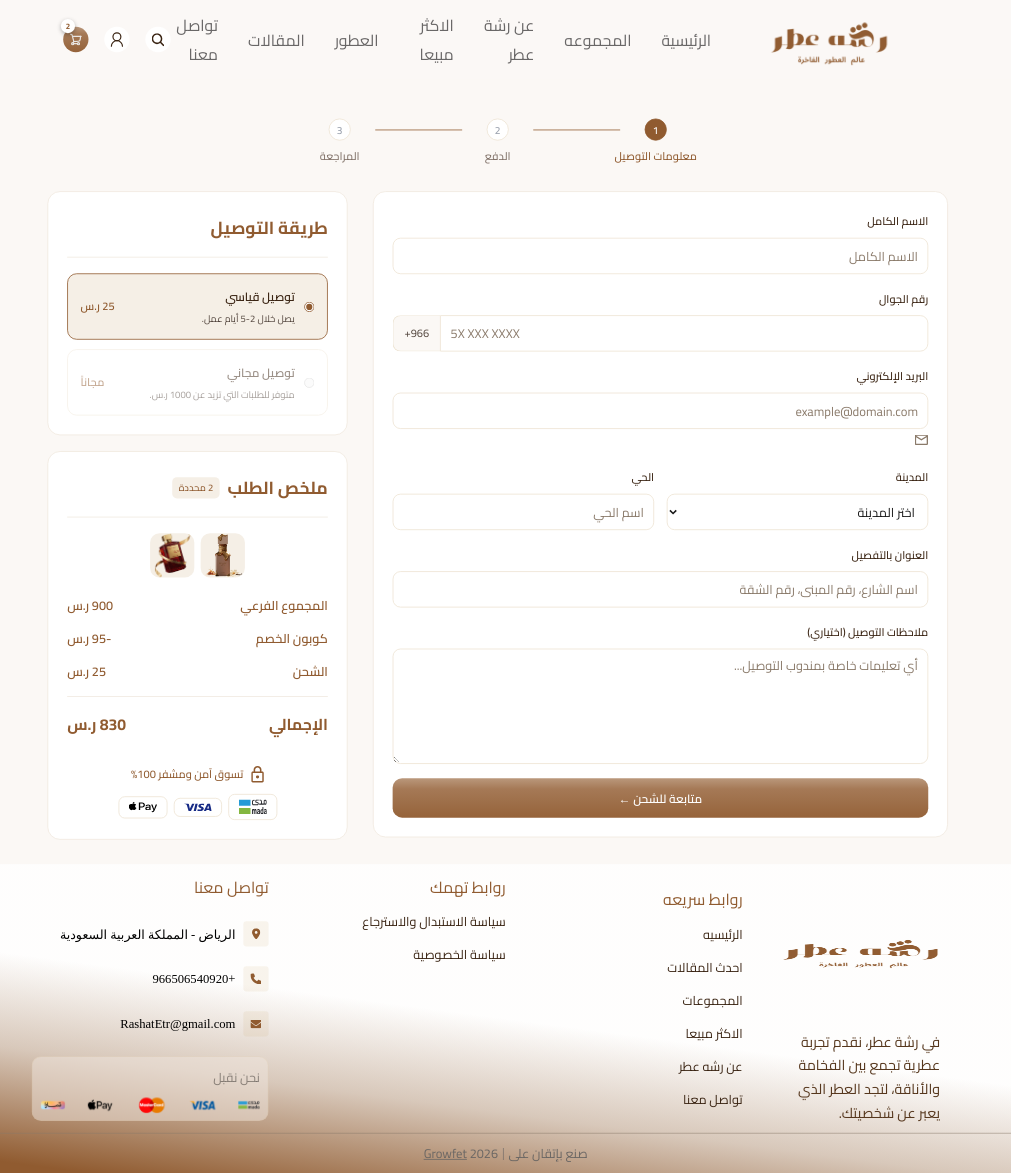
Repository: mahmoudesh74/rashet-3tr
Page: /Checkout
These files come from the project's save history. The page is drawn as it stood at one moment and after the next save; the edit follows.
The browser window is 1280 px wide. The pictures show the whole page, at 79% of full size.
Some web fonts or font styles are not loaded; a fallback is used. The project was rebuilt for these pictures with package versions that can differ from the ones it lists, and the page was loaded fresh each time. Also part of the build but not shown: vite.config.js, src/App.css, src/components/HeaderSection/Header.css, src/components/HeaderSection/Header.jsx, src/components/GroupSection/GroupSection.css, src/components/GroupSection/GroupSection.jsx, src/components/AboutSection/AboutSection.css, src/components/AboutSection/AboutSection.jsx and 37 more. Imported but missing from the stored project, and not drawn on this page: src/assets/vedio.mp4.

Above is the page before, as saved 2026-09-29 03:18:38.

### index.html
<!doctype html>
<html lang="ar" dir="rtl">
  <head>
    <meta charset="UTF-8" />
    <link rel="icon" type="image/svg+xml" href="/favicon.svg" />
    <meta name="viewport" content="width=device-width, initial-scale=1.0" />
    <title>rashet-3tr</title>
    <link rel="preconnect" href="https://fonts.googleapis.com">
<link rel="preconnect" href="https://fonts.gstatic.com" crossorigin>
<link href="https://fonts.googleapis.com/css2?family=Be+Vietnam+Pro:ital,wght@0,100;0,200;0,300;0,400;0,500;0,600;0,700;0,800;0,900;1,100;1,200;1,300;1,400;1,500;1,600;1,700;1,800;1,900&family=Cairo:wght@200..1000&family=IBM+Plex+Sans:ital,wght@0,100..700;1,100..700&family=Kameron:wght@400..700&family=Noto+Rashi+Hebrew:wght@100..900&family=Plus+Jakarta+Sans:ital,wght@0,200..800;1,200..800&family=Roboto:ital,wght@0,100..900;1,100..900&family=Tajawal:wght@200;300;400;500;700;800;900&display=swap" rel="stylesheet">
    <link rel="preconnect" href="https://fonts.googleapis.com">
<link rel="preconnect" href="https://fonts.gstatic.com" crossorigin>
<link href="https://fonts.googleapis.com/css2?family=Be+Vietnam+Pro:ital,wght@0,100;0,200;0,300;0,400;0,500;0,600;0,700;0,800;0,900;1,100;1,200;1,300;1,400;1,500;1,600;1,700;1,800;1,900&family=Cairo:wght@200..1000&family=IBM+Plex+Sans:ital,wght@0,100..700;1,100..700&family=Kameron:wght@400..700&family=Noto+Rashi+Hebrew:wght@100..900&family=Plus+Jakarta+Sans:ital,wght@0,200..800;1,200..800&display=swap" rel="stylesheet">
    <link rel="preconnect" href="https://fonts.googleapis.com">
<link rel="preconnect" href="https://fonts.gstatic.com" crossorigin>
<link href="https://fonts.googleapis.com/css2?family=Be+Vietnam+Pro:ital,wght@0,100;0,200;0,300;0,400;0,500;0,600;0,700;0,800;0,900;1,100;1,200;1,300;1,400;1,500;1,600;1,700;1,800;1,900&family=Cairo:wght@200..1000&family=IBM+Plex+Sans:ital,wght@0,100..700;1,100..700&family=Kameron:wght@400..700&display=swap" rel="stylesheet">
 <link rel="preconnect" href="https://fonts.googleapis.com">
<link rel="preconnect" href="https://fonts.gstatic.com" crossorigin>
<link href="https://fonts.googleapis.com/css2?family=Be+Vietnam+Pro:ital,wght@0,100;0,200;0,300;0,400;0,500;0,600;0,700;0,800;0,900;1,100;1,200;1,300;1,400;1,500;1,600;1,700;1,800;1,900&family=Cairo:wght@200..1000&family=IBM+Plex+Sans:ital,wght@0,100..700;1,100..700&family=Kameron:wght@400..700&family=Plus+Jakarta+Sans:ital,wght@0,200..800;1,200..800&display=swap" rel="stylesheet">
</head>
  <body>
    <div id="root"></div>
    <script type="module" src="/src/main.jsx"></script>
  </body>
</html>

### src/main.jsx
import React from "react";
import ReactDOM from "react-dom/client";
import { BrowserRouter } from "react-router-dom";
import App from "./App.jsx";
import "./styles/variables.css";
ReactDOM.createRoot(document.getElementById("root")).render(
  <React.StrictMode>
    <BrowserRouter>
      <App />
    </BrowserRouter>
  </React.StrictMode>
);

### src/App.jsx
import "./App.css";
import HomePage from "./pages/HomePage/homePag";
import NavBar from "./components/NavBar/NavBar";
import Footer from "./components/Footer/Footer";
import { Routes, Route } from "react-router-dom";
import GroupPage from "./pages/GroupPage/GroupPage";
import GroupCatalog from "./pages/groupCatalog/groupCatalog";
import AboutRashetEtr from "./pages/AboutRashetEtr/AboutRashetEtr";
import PrivacyPolicyPage from "./pages/PrivacyPolicy/privacyPolicy"
import PolicyReplace from "./pages/PolicyReplace/PolicyReplace"
import ContactUs from "./pages/ContactUs/ContactUs"
import PerfumePage from "./pages/perfumePage/perfumePage"
import ProductDetailsPage from "./pages/PerfumeDetails/PerfumeDetails"
import ShoppingBasket from "./pages/ShoppingBasket/ShoppingBasket"
import Checkout from "./pages/CheckoutPage/Checkout"
function App() {
  return (
    <>
      <NavBar />

      <Routes>
        <Route path="/" element={<HomePage />} />
        <Route path="/GroupPage" element={<GroupPage />} />
        <Route path="/GroupCatalog/:id" element={<GroupCatalog />} />
        <Route path="/AboutRashetEtr" element={<AboutRashetEtr />} />
        <Route path="/PrivacyPolicyPage" element={<PrivacyPolicyPage />} />
        <Route path="/PolicyReplace" element={<PolicyReplace />} />
        <Route path="/ContactUs" element={<ContactUs />} />
        <Route path="/PerfumePage" element={<PerfumePage />} />
        <Route path="/PerfumeDetails" element={<ProductDetailsPage />} />
        <Route path="/ShoppingBasket" element={<ShoppingBasket />} />
        <Route path="/Checkout" element={<Checkout />} />







      </Routes>

      <Footer />
    </>
  );
}

export default App;

### src/pages/HomePage/homePage.css
*{
  padding: 0;
  margin: 0;
}
.HomePageHader {
  position: relative;
  width: 100%;
  height: 750px;

}

.HeaderBgVideo {
  position: absolute;
  top: 50%;
  left: 50%;
  min-width: 100%;
  min-height: 100%;
  width: auto;
  height: auto;
  transform: translate(-50%, -50%);
  object-fit: cover;
  z-index: -1;
}

.HeaderContent {
  position: relative;
  z-index: 1;
}

### src/components/NavBar/NavBar.module.css
.navbar {
  width: 100%;
  background-color:  #FBF8F5E5;
  height: 100px;

  position: absolute;
  top: 0;
  right: 0;
  left: 0;
  z-index: 100;
}

.container {
  height: 100px;
  display: flex;
  align-items: center;
  justify-content: space-evenly;
  padding-top: 16px;
  padding-bottom: 16px;
  padding-left: 80px;
  padding-right: 80px;
}
.logoImage {
  width: auto;
  height: 300px;
  object-fit: contain;
  scale: crop;
}

.links {
  align-items: center;
  gap: 38px;
  list-style: none;
  margin: 0;
  padding: 0;
}

@media (min-width: 768px) {
  .links {
    display: flex;
  }
}

.link {
  font-size: 20px;
  color: #696767;
  text-decoration: none;
  padding-bottom: 4px;
  font-family: "cairo";
  font-weight: 400;
}



.icons {
  display: flex;
  align-items: center;
  gap: 20px;
  flex-shrink: 0;
}
.search {
  display: flex;
  align-items: center;
  width: 32px;
  height: 32px;
  border-radius: 50%;
  background-color: #FFFFFF;
  justify-content: center;
  cursor: pointer;
}
.profile {
  cursor: pointer;
  display: flex;
  align-items: center;
  width: 32px;
  height: 32px;
  border-radius: 50%;
  background-color: #FFFFFF;
  justify-content: center;
}

.cart {
  position: relative;
  cursor: pointer;
  display: flex;
  align-items: center;
  justify-content: center;
  width: 32px;
  height: 32px;
  border-radius: 50%;
  background: linear-gradient(
    180deg,
    #ba987c 0%,
    #a57956 27.68%,
    #905B30 125.82%
  );
}

.cartCount {
  position: absolute;
  top: -10px;
  left: -3px;
  width: 18px;
  height: 18px;
  display: flex;
  align-items: center;
  justify-content: center;
  border-radius: 50%;
  background: #fff;
  color: #905B30;
  font-size: 10px;
  font-weight: 700;
  font-family: "cairo";
  box-shadow: 0 2px 6px #0000004d;
}
.link {
  position: relative;
  text-decoration: none;
}

.link::after {
  content: "";
  position: absolute;
  bottom: -8px;
  left: 0;
  width: 0;
  height: 3px;
  background-color: #905B30;
  transition: width 0.3s ease;
}

.link:hover::after {
  width: 100%;
}



@media (max-width: 1024px) {
  .navbar,
  .container {
    height: 90px;
  }
  .logoImage {
    height: 220px;
  }
  .links {
    gap: 22px;
  }
  .link {
    font-size: 16px;
  }
}

@media (max-width: 767px) {
  .navbar,
  .container {
    height: 70px;
  }
  .logoImage {
    height: 160px;
  }
  .icons {
    gap: 14px;
  }
  .search,
  .profile,
  .cart {
    width: 28px;
    height: 28px;
  }
}

@media (max-width: 480px) {
  .navbar,
  .container {
    height: 60px;
  }
  .logoImage {
    height: 120px;
  }
}

### src/components/Footer/Footer.css
.Footer {
  width: 100%;
  height: auto;
  background: linear-gradient(7.52deg, #905B30 2.66%, rgba(178, 147, 120, 0.5) 28.7%, rgba(212, 203, 192, 0) 50%),
    linear-gradient(0deg, rgba(251, 248, 245, 0.2), rgba(251, 248, 245, 0.2));
}
.row {
  width: 100%;
  display: flex;
  padding: 10px 40px 10px 40px;
}
.LogoContainer {
  display: flex;
  width: 25%;
  flex-direction: column;
  align-items: center;
  justify-content: center;
}
.LogoContainer img {
  width: 400px;
  height: 200px;
}
.LogoContainer p {
  max-width: 200px;
  font-family: "Cairo";
  font-size: 18px;
  font-weight: 400;
  color: #56371D;
  line-height: 30px;
}
.LinksContainer {
  width: 25%;
  gap: 10px;
  display: flex;
  flex-direction: column;

  justify-content: center;
}
.LinksContainer h3 {
  font-size: 20px;
  font-weight: 400;
  font-family: "Cairo";
  color: #905B30;
}
.LinksContainer a {
  font-size: 16px;
  font-weight: 400;
  color: #3A2413;
  font-family: "Cairo";
  text-decoration: none;
}
.ownLinks {
  width: 25%;
  gap: 10px;
  display: flex;
  flex-direction: column;

}
.ownLinks h3 {
  font-size: 20px;
  font-weight: 400;
  font-family: "Cairo";
  color: #905B30;
}
.ownLinks a {
  font-size: 16px;
  font-weight: 400;
  color: #3A2413;
  font-family: "Cairo";
  text-decoration: none;
}
.contactWithUs {
  width: 25%;
  gap: 25px;
  display: flex;
  flex-direction: column;

}
.contactWithUs h3 {
  font-size: 20px;
  font-weight: 400;
  font-family: "Cairo";
  color: #905B30;
}
.location {
  display: flex;
  align-items: center;
  gap: 10px;
}
.locationIcon {
  display: flex;
  align-items: center;
  justify-content: center;
  width: 32px;
  height: 32px;
  background-color: #C5A0591A;
  border-radius: 4px;
}
.phoneIcon {
  display: flex;
  align-items: center;
  justify-content: center;
  width: 32px;
  height: 32px;
  background-color: #C5A0591A;
  border-radius: 4px;
}


.linkItem {
  display: flex;
  flex-direction: column;
  align-items: flex-start;
  width: fit-content;
}

.FooterLine {
  height: 2px;
  width: 20px;
  background-color: #905B30;
  border-radius: 8px;


  opacity: 0;
  transform: scaleX(0);
  transform-origin: right;
  transition: opacity 0.2s ease, transform 0.2s ease;
}

.linkItem:hover .FooterLine {
  opacity: 1;
  transform: scaleX(1);
}
.makeby{
    align-items: center;
    justify-content: center;
    display: flex;
    border-top: 1px solid #8A7A6A80;

   padding: 10px 0 10px 0;
    gap: 5px;
    color: #6B6764;

}
.makeby p{
    font-size: 16px ;
    font-weight: 400;
    font-family: "Cairo";
    color: #6B6764;
}
.payed{
    height:82px;
    width: 100%;
    background-color: #EFE6DD80;
    border: 1px solid #C5A0591A;
    border-radius: 12px;

}
.payed p{
  margin: 0;
  padding: 10px;
    font-family: "Cairo";
    font-size: 16px;
    font-weight: 400;
    color: #2D292680;
}
.payrow {
    display: flex;
    justify-content: space-between;
    gap: 20px;
    padding: 0 10px 0 10px;
}

### src/pages/CheckoutPage/Checkout.css
.checkout-page {
  margin-top: 100px;
  padding: 50px 80px 31px 60px;
  direction: rtl;
  font-family: "Cairo";
  color: #1a1a1a;
  background-color: #FBF8F5;
}

/* ---------- Steps ---------- */
.checkout-steps {
  display: flex;
  justify-content: center;
  margin-bottom: 32px;
}

.checkout-step-wrap {
  display: flex;
  align-items: flex-start;
}

.checkout-step {
  display: flex;
  flex-direction: column;
  align-items: center;
  gap: 6px;
  width: 90px;
}

.checkout-step-dot {
  width: 28px;
  height: 28px;
  border-radius: 50%;
  border: 1px solid #ede4d3;
  background: #ffffff;
  display: flex;
  align-items: center;
  justify-content: center;
  font-size: 13px;
  font-weight: 600;
  color: #9ca3af;
}

.checkout-step-label {
  font-size: 14px;
  font-weight: 500;
  font-family: "Cairo";
  color: #83746B;

}

.checkout-step.is-active .checkout-step-dot {
  background: #905B30;
  border-color: #905B30;
  color: #ffffff;


}

.checkout-step.is-active .checkout-step-label {
  color: #905B30;
  white-space: nowrap;
  font-size: 14px;
  font-weight: 500;
  font-family: "Cairo";

}

.checkout-step-line {
  width: 110px;
  height: 1px;
  margin-top: 14px;
  background: #905B30;
}

/* ---------- Layout ---------- */
.checkout-page-layout {
  display: grid;
  grid-template-columns: 1fr 380px;
  gap: 32px;
  align-items: start;
}

.checkout-side {
  display: flex;
  flex-direction: column;
  gap: 20px;
  position: sticky;
  top: 140px;
}

/* ---------- Form ---------- */
.checkout-form {
  background: #ffffff;
  border: 1px solid #f0e9df;
  border-radius: 16px;
  padding: 24px;
  display: flex;
  flex-direction: column;
  gap: 18px;
}

.checkout-field {
  display: flex;
  flex-direction: column;
  gap: 8px;
  min-width: 0;
}

.checkout-field label {
  font-size: 14px;
  font-weight: 500;
  font-family: "Cairo";
  color: #3A2413;
}

.checkout-field input,
.checkout-field select,
.checkout-field textarea {
  width: 100%;
  height: 46px;
  border-radius: 10px;
  border: 1px solid #ede4d3;
  padding: 0 12px;
  font-family: "Cairo";
  font-size: 16px;
  font-weight: 400;
  color: #1a1a1a;
  background: #ffffff;
  outline: none;

}
.checkout-field input::placeholder,
.checkout-field textarea::placeholder {
  color: #8A7A6A;
  font-family: "Cairo";
  font-size: 16px;
  font-weight: 400;
line-height: 100%;
  opacity: 1;
}

.checkout-field textarea {
  height: auto;
  padding: 12px;
  resize: vertical;
}

.checkout-field input:focus,
.checkout-field select:focus,
.checkout-field textarea:focus {
  border-color: #905B30;
}

.checkout-input-ltr {
  direction: ltr;
  text-align: right;
}

.checkout-row {
  display: grid;
  grid-template-columns: 1fr 1fr;
  gap: 16px;
}

.checkout-phone {
  display: flex;
  direction: ltr;
}

.checkout-phone input {
  border-radius: 0 10px 10px 0;
  text-align: left;
}

.checkout-phone-code {
  order: -1;
  display: flex;
  align-items: center;
  padding: 0 14px;
  border: 1px solid #ede4d3;
  border-right: none;
  border-radius: 10px 0 0 10px;
  background: #FBF8F5;
  font-size: 14px;
  color: #51443C;
}

.checkout-error {
  margin: 0;
  font-size: 12px;
  color: #d9534f;
}

.checkout-submit-btn {
  width: 100%;
  height: 50px;
  border-radius: 12px;
  border: none;
  background: linear-gradient(180deg, #BA987C 0%, #A57956 27.68%, #905B30 125.82%);
  color: #ffffff;
  font-family: "Cairo";
  font-size: 15px;
  font-weight: 600;
  cursor: pointer;
}

.checkout-submit-btn:hover {
  background: #7c4d27;
}

/* ---------- Side boxes ---------- */
.checkout-box {
  background: #ffffff;
  border: 1px solid #f0e9df;
  border-radius: 16px;
  padding: 24px;
}

.checkout-box-title {
  display: flex;
  align-items: center;
  gap: 10px;
  margin: 0 0 20px;
  padding-bottom: 16px;
  border-bottom: 1px solid #f0e9df;
  font-size: 22px;
  font-family: "Cairo";
  font-weight: 700;
  color: #905B30;
}

.checkout-count {
  font-size: 12px;
  font-weight: 500;
  padding: 2px 8px;
  border-radius: 6px;
  background: #f5efe6;
  color: #905B30;
}

/* ---------- Delivery options ---------- */
.checkout-delivery {
  display: flex;
  align-items: center;
  gap: 12px;
  padding: 14px 16px;
  margin-bottom: 12px;
  border: 1px solid #ede4d3;
  border-radius: 12px;
  cursor: pointer;
}

.checkout-delivery:last-child {
  margin-bottom: 0;
}

.checkout-delivery input {
  accent-color: #905B30;
  margin: 0;
}

.checkout-delivery.is-selected {
  background: #f5efe6;
  border-color: #905B30;
}

.checkout-delivery.is-disabled {
  opacity: 0.5;
  cursor: not-allowed;
}

.checkout-delivery-info {
  flex: 1;
  display: flex;
  flex-direction: column;
  gap: 2px;
}

.checkout-delivery-info strong {
  font-size: 15px;
  font-weight: 600;
  color: #3A2413;
}

.checkout-delivery-info span {
  font-size: 12px;
  color: #51443C;
}

.checkout-delivery em {
  font-style: normal;
  font-size: 14px;
  font-weight: 600;
  color: #905B30;
}

/* ---------- Order summary ---------- */
.checkout-thumbs {
  display: flex;
  justify-content: center;
  gap: 8px;
  margin-bottom: 20px;
}

.checkout-thumb {
  width: 56px;
  height: 56px;
  border-radius: 12px;
  overflow: hidden;
  background: #f5efe6;
}

.checkout-thumb img {
  width: 100%;
  height: 100%;
  object-fit: cover;
}

.checkout-summary-rows {
  display: flex;
  flex-direction: column;
  gap: 12px;
  margin-bottom: 16px;
}

.checkout-summary-row {
  display: flex;
  align-items: center;
  justify-content: space-between;
}

.checkout-summary-label,
.checkout-summary-value {
  font-family: "Cairo";
  font-size: 16px;
  font-weight: 600;
  color: #905B30;
}

.checkout-summary-total {
  display: flex;
  align-items: center;
  justify-content: space-between;
  padding: 16px 0;
  margin-bottom: 16px;
  border-top: 1px solid #f0e9df;
}

.checkout-summary-total-label,
.checkout-summary-total-value {
  font-size: 20px;
  font-weight: 700;
  font-family: "Cairo";
  color: #905B30;
}

.checkout-secure-text {
  display: flex;
  justify-content: center;
  gap: 10px;
  margin: 0 0 12px;
  font-size: 14px;
  font-weight: 500;
  color: #905B30;
}

.checkout-payment-badges {
  display: flex;
  align-items: center;
  justify-content: center;
  gap: 8px;
}

.checkout-payment-badge {
  display: flex;
  align-items: center;
  justify-content: center;
  padding: 6px 12px;
  border-radius: 8px;
  border: 1px solid #ede4d3;
}

/* ---------- Responsive ---------- */
@media (max-width: 1024px) {
  .checkout-page {
    padding: 0 24px 60px;
  }
  .checkout-page-layout {
    grid-template-columns: 1fr;
  }
  .checkout-side {
    position: static;
    order: -1;
  }
}

@media (max-width: 600px) {
  .checkout-row {
    grid-template-columns: 1fr;
  }
  .checkout-step {
    width: 70px;
  }
  .checkout-step-line {
    width: 30px;
  }
}

### src/pages/LoginPage/LoginPage.css
* {
  box-sizing: border-box;
}

.login-card {
  position: relative;
  background: #FFFFFF;
  width: 100%;
  border-radius: 20px;
  padding: 48px 44px;
}

.login-close {
  position: absolute;
  top: 16px;
  left: 16px;
  width: 32px;
  height: 32px;
  border-radius: 50%;
  border: none;
  background: #f3ede1;
  color: #6b6258;
  font-size: 20px;
  line-height: 1;
  cursor: pointer;
  display: flex;
  align-items: center;
  justify-content: center;
  transition: background 0.15s ease;
}

.login-close:hover {
  background: #e4dccb;
}

.login-title {
  font-size: 24px;
  font-weight: 700;
  font-family: "Cairo";
  color: #3a2413;
  text-align: center;
  margin: 0;
}

.login-subtitle {
  text-align: center;
  color: #717182;
  font-size: 16px;
  font-weight: 400;
  font-family: "SF Pro";
  margin-top: 8px;
  margin-bottom: 32px;
}

.google-btn {
  width: 100%;
  display: flex;
  align-items: center;
  justify-content: center;
  gap: 10px;
  padding: 14px;
  border: 2px solid #1a71f6;
  border-radius: 12px;
  background: #FFFFFF;
  color: #1a71f6;
  font-family: "Plus Jakarta Sans";
  font-size: 14px;
  font-weight: 700;
  cursor: pointer;
  transition: background 0.15s ease;
}

.divider {
  display: flex;
  align-items: center;
  gap: 14px;
  margin: 28px 0;
  color: #323130;
  font-size: 12px;
  font-weight: 700;
  font-family: "Plus Jakarta Sans";
}

.divider-line {
  flex: 1;
  height: 0.5px;
  background: #1a71f6;
}

.field {
  margin-bottom: 20px;
}

.field-label {
  display: block;
  font-size: 14px;
  font-weight: 700;
  color: #323130;
  font-family: "Plus Jakarta Sans";
  margin-bottom: 8px;
}

.text-input {
  width: 100%;
  padding: 14px 16px;
  border: 1.6px solid #d1d1d1;
  border-radius: 16px;
  font-family: "Plus Jakarta Sans";
  font-size: 14px;
  font-weight: 400;
  color: #333333;
  background: #FFFFFF;
  outline: none;
  transition: border-color 0.15s ease;
}

.text-input:focus {
  border-color: #a8642f;
}

.text-input::placeholder {
  color: #737373;
  font-family: "Plus Jakarta Sans";
  font-weight: 400;
  font-size: 14px;
}

.password-wrap {
  position: relative;
}

.password-wrap .text-input {
  padding-left: 44px;
}

.toggle-eye {
  position: absolute;
  left: 14px;
  top: 50%;
  transform: translateY(-50%);
  background: none;
  border: none;
  cursor: pointer;
  color: #6b6258;
  display: flex;
  padding: 0;
}

.toggle-eye svg {
  width: 20px;
  height: 20px;
}

.form-row {
  display: flex;
  align-items: center;
  justify-content: space-between;
  margin-bottom: 28px;
  font-size: 14px;
}

.remember-label {
  display: flex;
  align-items: center;
  gap: 8px;
  color: #333333;
  font-size: 14px;
  font-weight: 700;
  font-family: "Plus Jakarta Sans";
  cursor: pointer;
}

.remember-checkbox {
  width: 17px;
  height: 17px;
  accent-color: #905B30;
  cursor: pointer;
}

.forgot-link {
  color: #1a71f6;
  font-size: 14px;
  font-family: "Plus Jakarta Sans";
  font-weight: 700;
}

.forgot-link:hover {
  text-decoration: underline;
}

.submit-btn {
  width: 100%;
  padding: 15px;
  border: none;
  border-radius: 12px;
  background: #905B30;
  color: #FFFFFF;
  font-family: "Plus Jakarta Sans";
  font-size: 14px;
  font-weight: 700;
  cursor: pointer;
  transition: background 0.15s ease;
}

.submit-btn:hover {
  background: #8b5024;
}

.footer-text {
  text-align: center;
  margin-top: 22px;
  font-size: 14px;
  font-family: "Plus Jakarta Sans";
  font-weight: 400;
  color: #323130;
}





/* Responsive */
@media (max-width: 600px) {
  .login-card {
    padding: 32px 24px;
    border-radius: 16px;
  }

  .login-title {
    font-size: 24px;
  }

  .login-subtitle {
    font-size: 14px;
    margin-bottom: 24px;
  }

  .google-btn {
    padding: 12px;
    font-size: 14px;
  }

  .text-input {
    padding: 12px 14px;
    font-size: 14px;
  }

  .password-wrap .text-input {
    padding-left: 40px;
  }

  .form-row {
    flex-wrap: wrap;
    gap: 10px;
  }

  .submit-btn {
    padding: 13px;
    font-size: 15px;
  }
}

@media (max-width: 360px) {
  .login-card {
    padding: 24px 18px;
  }

  .login-title {
    font-size: 21px;
  }
}

Loaded but not shown: src/pages/CheckoutPage/Checkout.jsx (219 lines, source omitted); src/components/Footer/Footer.jsx (169 lines, source omitted); src/components/NavBar/NavBar.jsx (173 lines, source omitted)

After the next save:
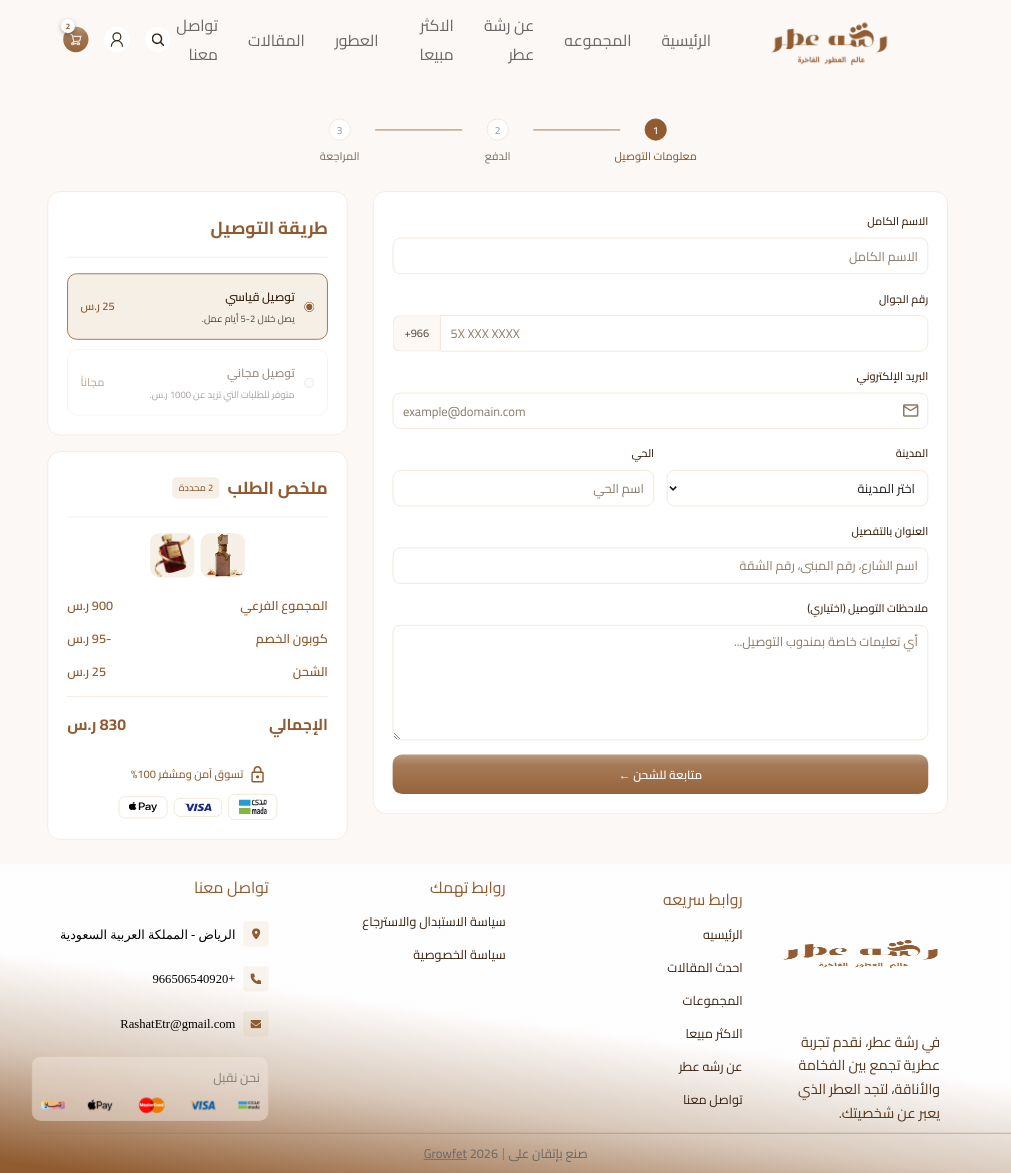
Saved 15 s later.
--- a/src/pages/CheckoutPage/Checkout.css
+++ b/src/pages/CheckoutPage/Checkout.css
@@ -46,15 +46,12 @@
   font-weight: 500;
   font-family: "Cairo";
   color: #83746B;
-
 }
 
 .checkout-step.is-active .checkout-step-dot {
   background: #905B30;
   border-color: #905B30;
   color: #ffffff;
-
-
 }
 
 .checkout-step.is-active .checkout-step-label {
@@ -63,7 +60,6 @@
   font-size: 14px;
   font-weight: 500;
   font-family: "Cairo";
-
 }
 
 .checkout-step-line {
@@ -128,15 +124,15 @@
   color: #1a1a1a;
   background: #ffffff;
   outline: none;
-
-}
+}
+
 .checkout-field input::placeholder,
 .checkout-field textarea::placeholder {
   color: #8A7A6A;
   font-family: "Cairo";
   font-size: 16px;
   font-weight: 400;
-line-height: 100%;
+  line-height: 100%;
   opacity: 1;
 }
 
@@ -154,7 +150,26 @@
 
 .checkout-input-ltr {
   direction: ltr;
-  text-align: right;
+  text-align: left;
+}
+
+/* input with an icon inside */
+.checkout-input-icon {
+  position: relative;
+}
+
+.checkout-input-icon img {
+  position: absolute;
+  top: 50%;
+  right: 12px;
+  transform: translateY(-50%);
+  width: 20px;
+  height: 20px;
+  pointer-events: none;
+}
+
+.checkout-field .checkout-input-icon input {
+  padding-right: 42px;
 }
 
 .checkout-row {
